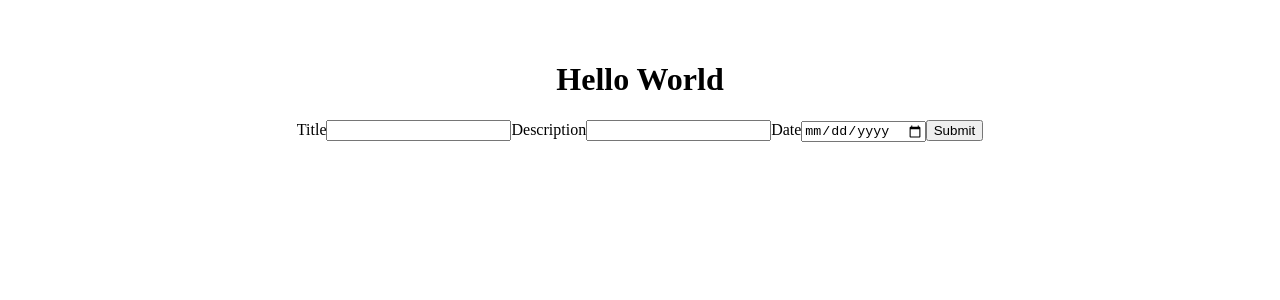
Repository: VishwaGoswami1407/todo-react-frontend
Page: /
These files come from the project's save history. The page is drawn as it stood at one moment and after the next save; the edit follows.
The browser window is 1280 px wide. The pictures show the whole page.
The project was rebuilt for these pictures with package versions that can differ from the ones it lists, and the page was loaded fresh each time. Also part of the build but not shown: vite.config.js.

Above is the page before, as saved 2024-10-27 22:56:01.

### src/App.jsx
import './App.css'

function App() {

  return (
    <>
     <h1>Hello World</h1>
     <label>Title</label>
     <input type="text" name="title" />
     <label>Description</label>
     <input type="text" name="description" />
     <label>Date</label>
     <input type="date" name="date" />
     <button type="submit">Submit</button>

    </>
  )
}

export default App

Loaded but not shown: index.html (common file); src/main.jsx (common file); src/App.css (common file)

After the next save:
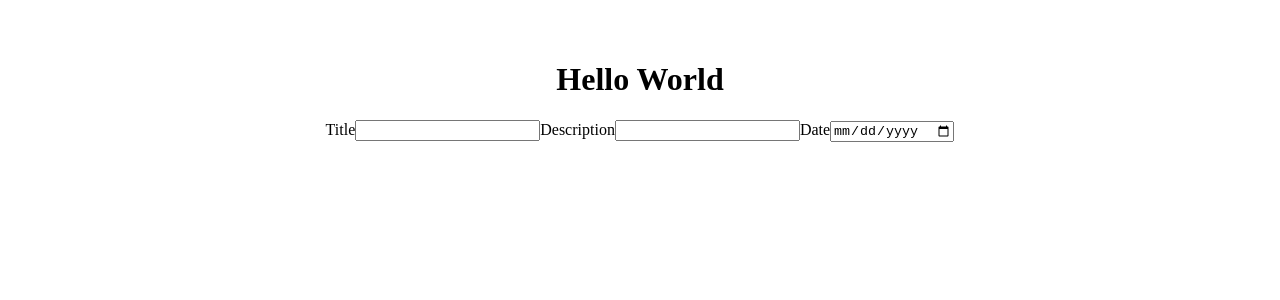
Saved 5 s later.
--- a/src/App.jsx
+++ b/src/App.jsx
@@ -11,7 +11,7 @@
      <input type="text" name="description" />
      <label>Date</label>
      <input type="date" name="date" />
-     <button type="submit">Submit</button>
+
 
     </>
   )

After the 3 saves that followed:
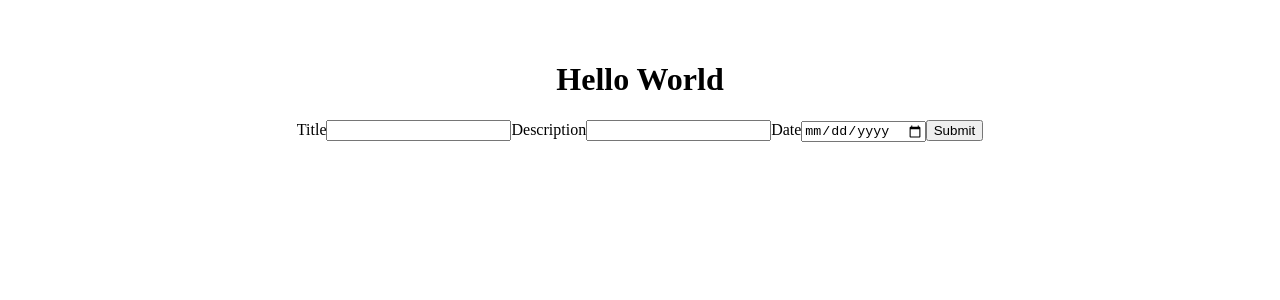
The 3 saves are shown as one change because 1 did not build or start and some came seconds apart.
The last was saved 25 s later.
--- a/src/App.jsx
+++ b/src/App.jsx
@@ -11,7 +11,7 @@
      <input type="text" name="description" />
      <label>Date</label>
      <input type="date" name="date" />
-
+     <button type="submit" name="submit">Submit</button>
 
     </>
   )
